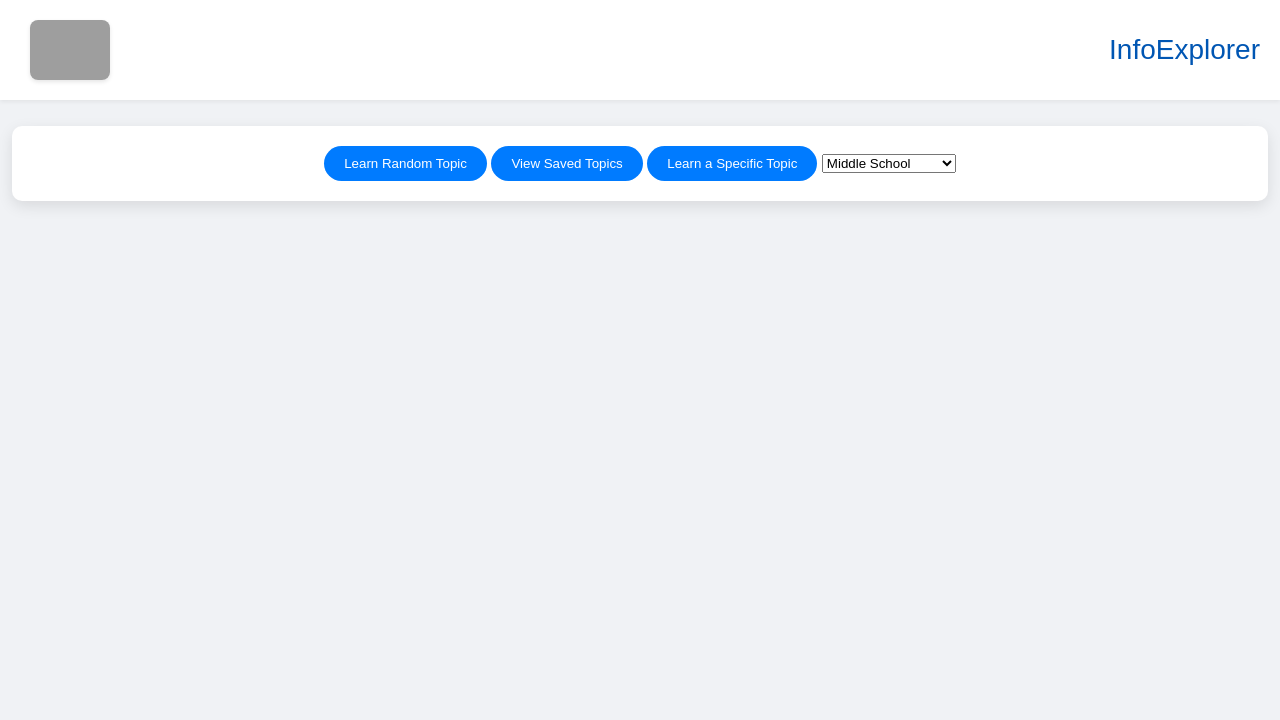
Repository: joehulsizer/cs32final
Page: htdocs/index.html
The author's editor kept a copy of each file at every save. The page is drawn from the files as they stood at one save, then again after the next save.
The browser window is 1280 px wide. The pictures show the whole page.
Pictures or frames that could not be fetched are drawn as grey boxes.

Above is the page before, as saved 2024-04-29 19:44:36.
Not found: htdocs/subjects.js

After the next save:
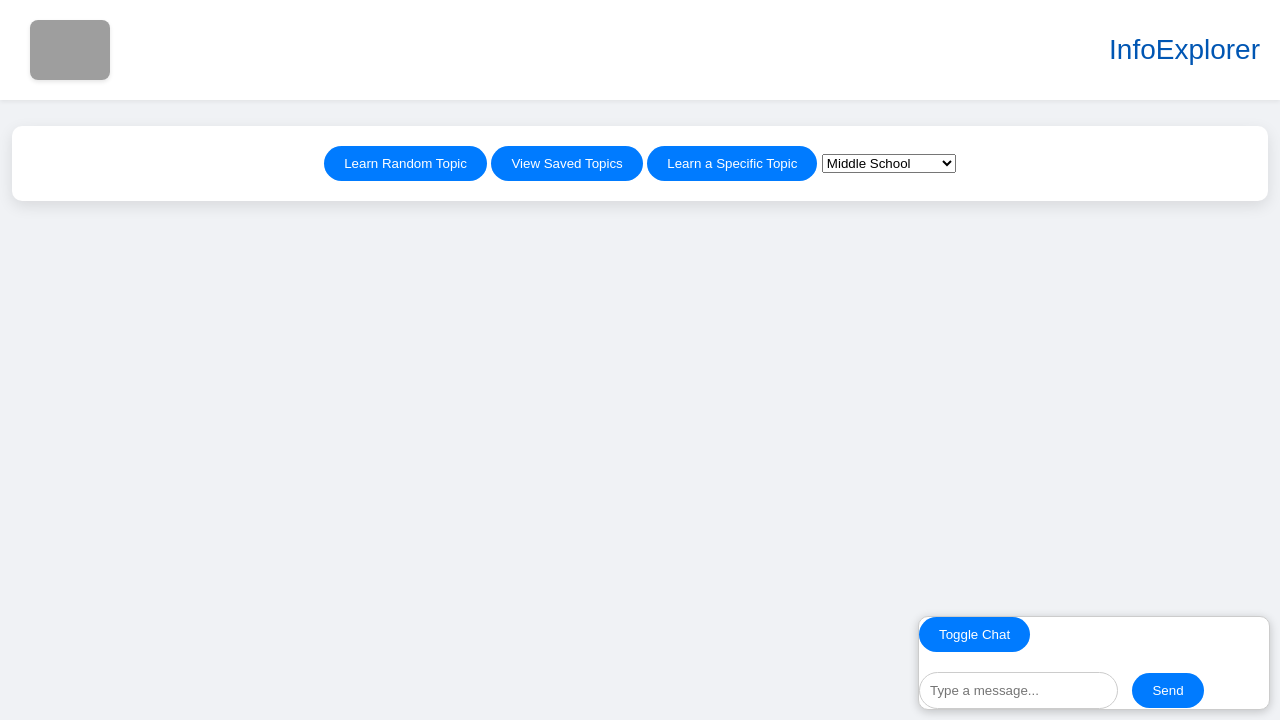
Saved 49 s later.
--- a/htdocs/index.html
+++ b/htdocs/index.html
@@ -62,7 +62,7 @@
 
     </div>
     <!-- Up Arrow and Chat Interface Toggle Button -->
-    <div id="chat-interface" class="chat-interface" style="display: none;">
+    <div id="chat-interface" class="chat-interface" style="display: block;">
         <button id="toggle-chat">Toggle Chat</button>
         <div class="chat-body"></div>
         <input type="text" id="chat-input" placeholder="Type a message..." />
